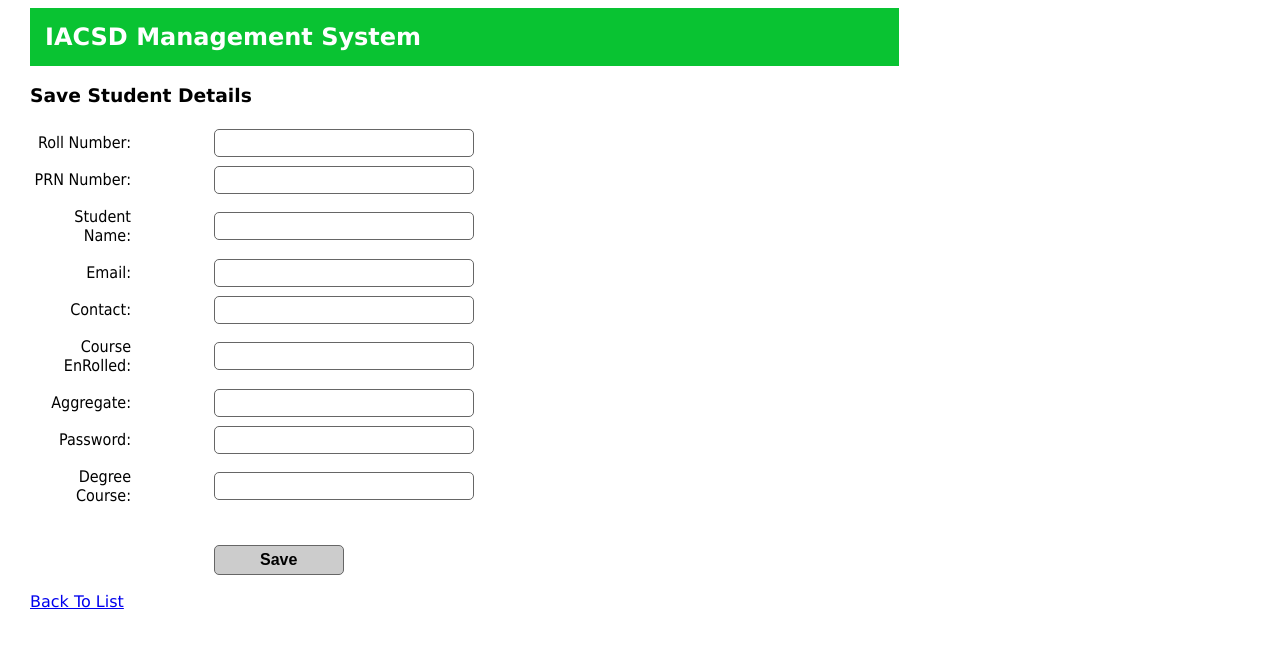
Repository: vsc8791/IMS
Page: http://localhost/web-customer-tracker/WEB-INF/view/student-form.jsp
These files come from the project's save history. The page is drawn as it stood at one moment and after the next save; the edit follows.
The browser window is 1280 px wide. The pictures show the whole page.
The page is served by Tomcat 9. Nobody is signed in. The template is opened directly, without the code that normally fills it, so the values that code supplies are empty.

Above is the page before, as saved 2018-07-26 12:08:43.

After the next save:
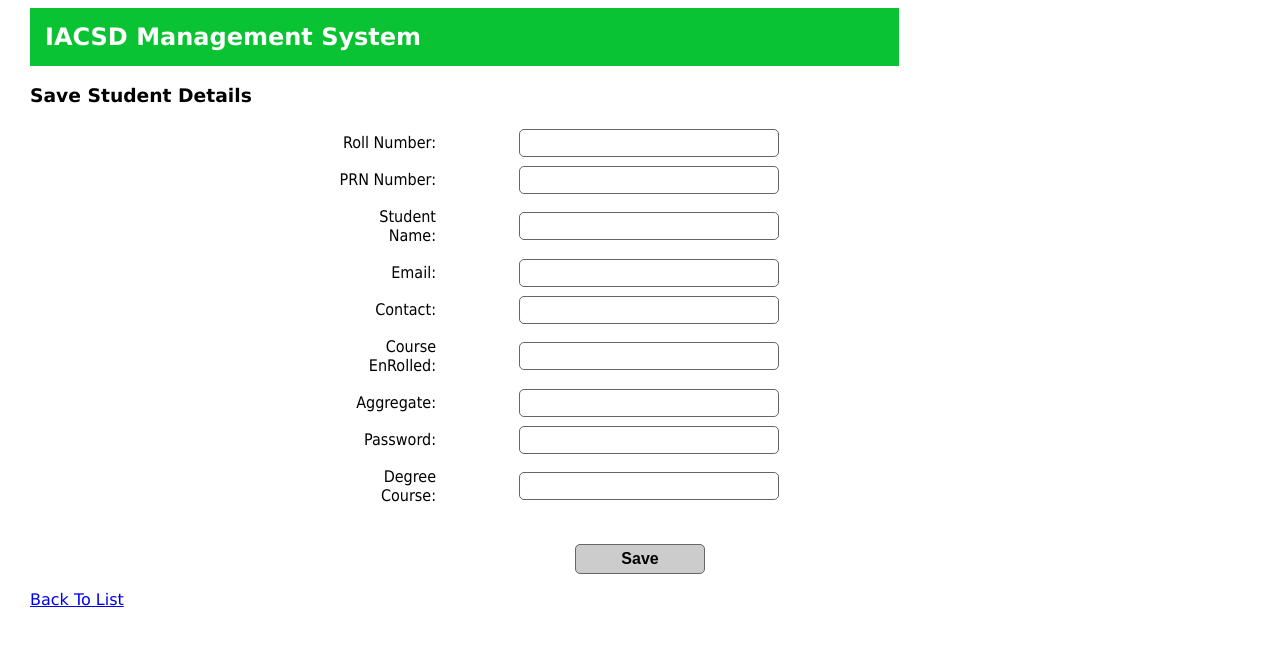
Saved 30 min 36 s later.
--- a/web-customer-tracker/WebContent/WEB-INF/view/student-form.jsp
+++ b/web-customer-tracker/WebContent/WEB-INF/view/student-form.jsp
@@ -24,7 +24,7 @@
 			<!-- need to associate this data with Student Id -->
 			<form:hidden path="id"/>
 
-			<table>
+			<table align="center">
 				<tbody>
 					<tr>
 						<td><label>Roll Number:</label></td>
@@ -62,13 +62,11 @@
 						<td><label>Degree Course:</label></td>
 						<td><form:input path="degree_course"/></td>
 					</tr>
-					<tr>
-						<td><label></label></td>
-						<td><input type="submit" value="Save" class="save" /></td>
-					</tr>
+
 				</tbody>
 			</table>
 		</form:form>
+	<center><input type="submit" value="Save" class="save" /></center>
 		<div style="clear;both;"></div>
 		<p><a href="${pageContext.request.contextPath}/student/list">Back To List</a></p>
 	</div>
